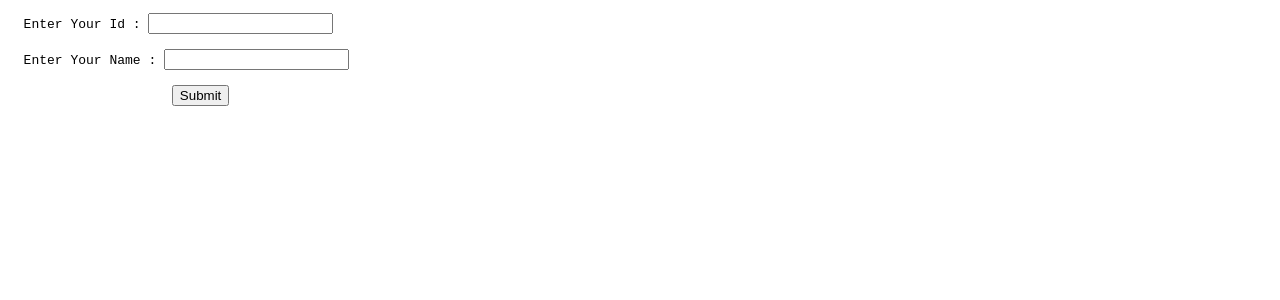
Repository: albelsingh/Spring-boot
Page: http://localhost/SpringMVC/views/index.jsp
An editor plug-in stored every save of this project. The page is shown before and after the next save, followed by the edit.
The browser window is 1280 px wide. The pictures show the whole page.
The page is served by Tomcat 9. Other server files are loaded and not shown.

Above is the page before, as saved 2020-06-19 12:16:05.

### SpringMVC/src/main/webapp/views/index.jsp
<%@ page language="java" contentType="text/html; charset=ISO-8859-1"
    pageEncoding="ISO-8859-1" isELIgnored="false"%>
<!DOCTYPE html>
<html>
<head>
<meta charset="ISO-8859-1">
<title>Insert title here</title>
</head>
<body>

  <form action="addAlien">
  <pre>
  Enter Your Id : <input type="text" name="aid"><br>
  Enter Your Name : <input type="text" name="aname"><br>
                     <input type="submit">
  </pre>
  </form>
</body>
</html>

After the next save:
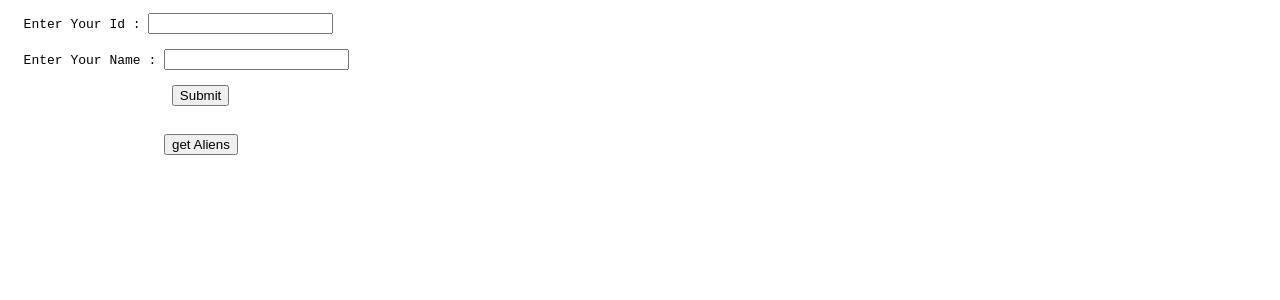
Saved 3 min 20 s later.
--- a/SpringMVC/src/main/webapp/views/index.jsp
+++ b/SpringMVC/src/main/webapp/views/index.jsp
@@ -15,5 +15,10 @@
                      <input type="submit">
   </pre>
   </form>
+  <form action="getAliens" method="GET">
+  <pre>
+                    <input type="submit" name="b1" value="get Aliens"><br>
+  </pre>
+  </form>
 </body>
 </html>
